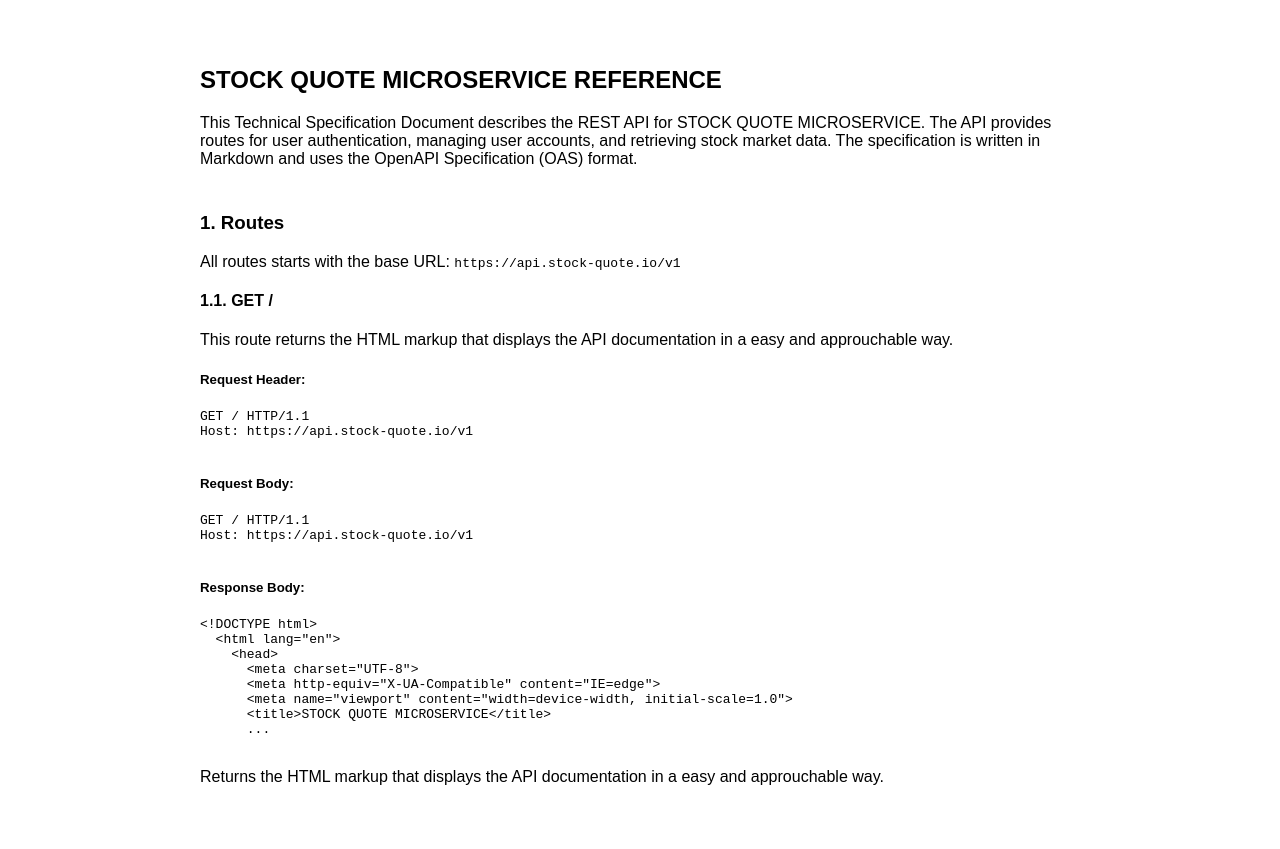
Repository: miguelamello/nest-js
Page: stock-service/reference.html
These files come from the project's save history. The page is drawn as it stood at one moment and after the next save; the edit follows.
The browser window is 1280 px wide. The pictures show the whole page.

Above is the page before, as saved 2023-04-03 13:46:48.

### stock-service/reference.html
<!DOCTYPE html>
<html lang="en">
<head>
  <meta charset="UTF-8">
  <meta http-equiv="X-UA-Compatible" content="IE=edge">
  <meta name="viewport" content="width=device-width, initial-scale=1.0">
  <title>STOCK QUOTE MICROSERVICE</title>
  <style>
    body {
      font-family: Arial, Helvetica, sans-serif;
      padding: 3% 15%;
    }
    h3 {
      margin-top: 5%;
    }
    pre {
      margin: 0;
      overflow: auto;
    }
  </style>
</head>
<body>
  <h2>STOCK QUOTE MICROSERVICE REFERENCE</h2>
  <p>
    This Technical Specification Document describes the REST API for STOCK QUOTE MICROSERVICE.
    The API provides routes for user authentication, managing user accounts, and retrieving stock market data.
    The specification is written in Markdown and uses the OpenAPI Specification (OAS) format.
  </p>

  <p>
    <h3>1. Routes</h3>
    <p>
      All routes starts with the base URL: <code>https://api.stock-quote.io/v1</code>
    </p>
  </p>

  <p>
    <h4>1.1. GET /</h4>
    This route returns the HTML markup that displays the API
    documentation in a easy and approuchable way.
  </p>
  <h5>Request Header:</h5>
  <pre>
GET / HTTP/1.1
Host: https://api.stock-quote.io/v1
  </pre>

  <h5>Request Body:</h5>
  <pre>
GET / HTTP/1.1
Host: https://api.stock-quote.io/v1
  </pre>

  <h5>Response Body: </h5>

  <pre>
&lt;!DOCTYPE html&gt;
  &lt;html lang="en"&gt;
    &lt;head&gt;
      &lt;meta charset="UTF-8"&gt;
      &lt;meta http-equiv="X-UA-Compatible" content="IE=edge"&gt;
      &lt;meta name="viewport" content="width=device-width, initial-scale=1.0"&gt;
      &lt;title&gt;STOCK QUOTE MICROSERVICE&lt;/title&gt;
      ...
  </pre>

  <p>
    Returns the HTML markup that displays the API documentation in a easy and approuchable way.
  </p>

</body>
</html>

After the next save:
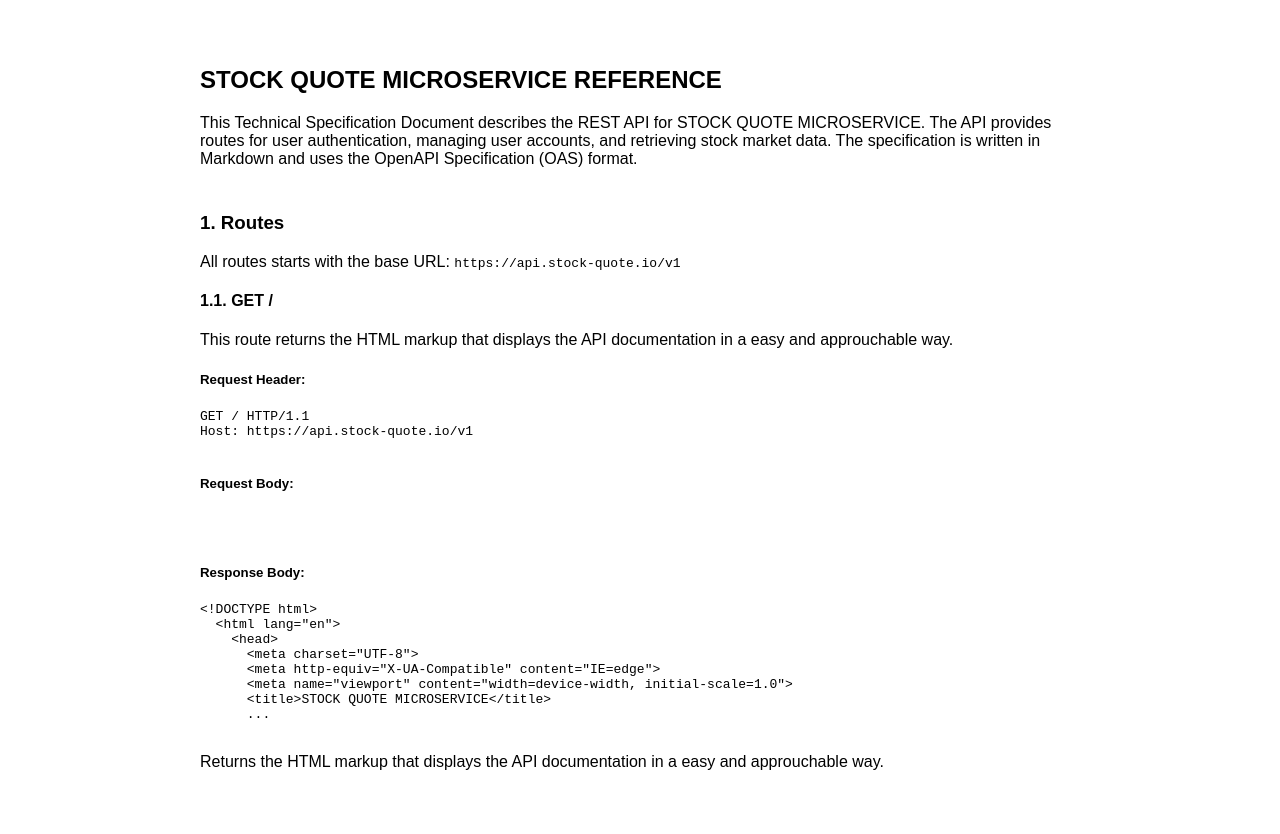
Saved 5 s later.
--- a/stock-service/reference.html
+++ b/stock-service/reference.html
@@ -47,8 +47,7 @@ Host: https://api.stock-quote.io/v1
 
   <h5>Request Body:</h5>
   <pre>
-GET / HTTP/1.1
-Host: https://api.stock-quote.io/v1
+
   </pre>
 
   <h5>Response Body: </h5>
